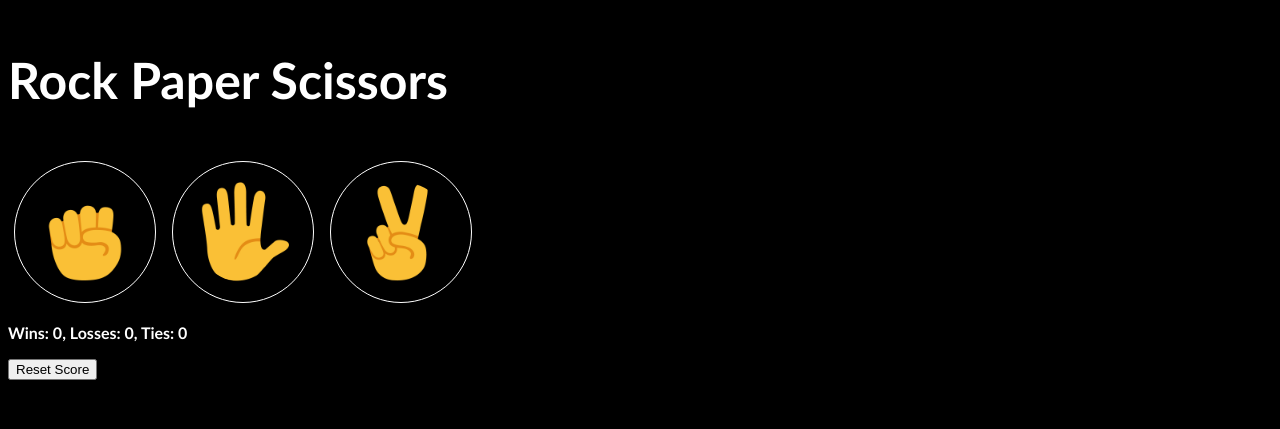
Repository: pgyunknown/Rock_paper_scissors-
Page: index.html
These files come from the project's save history. The page is drawn as it stood at one moment and after the next save; the edit follows.
The browser window is 1280 px wide. The pictures show the whole page.

Above is the page before, as saved 2024-08-30 17:14:32.

### index.html

<!DOCTYPE html>
<html>
  <head>
    <title>Rock Paper Scissors</title>
    <link rel="stylesheet" href="index.css">
  </head>
  <body>
    <p class="title">Rock Paper Scissors</p>
    <button onclick="
      playGame('rock');
    "class="emoji"><img src="images/rock-emoji.png" alt=""></button>

    <button onclick="
      playGame('paper');
    " class="emoji"><img src="images/paper-emoji.png" alt=""></button>

    <button onclick="
      playGame('scissors');
    " class="emoji"><img src="images/scissors-emoji.png" alt=""></button>
    <br>
    <p class="js-result result"></p>
    <p class="js-moves"></p>
    <p class="js-score score"></p>

    <button onclick="
      score.wins = 0;
      score.losses = 0;
      score.ties = 0;
      localStorage.removeItem('score');
      updateScoreElement();
    " class="reset-score-button">Reset Score</button>


    <script src="index.js">

    </script>
  </body>
</html>

### index.css
body{
  background-color: black;
  color: white;
  font-family: 'Gill Sans', 'Gill Sans MT', Calibri, 'Trebuchet MS', sans-serif;
  font-weight: bold;
}
.title{
  font-size: 50px;
  font-weight: bold;
}

button img{
  height: 100px;
  width: 100px;
  background-color: black;
  border: 1px solid white;
  border-radius: 100%;
  padding: 20px;
}
.emoji{
  background-color: black;
    border: none;
  /* border-radius: 70px;
  margin: 0px 10px 0px 10px; */
}

### index.js

let score = JSON.parse(localStorage.getItem('score')) || {
  wins: 0,
  losses: 0,
  ties: 0
};

updateScoreElement();

/*
if (!score) {
  score = {
    wins: 0,
    losses: 0,
    ties: 0
  };
}
*/

function playGame(playerMove) {
  const computerMove = pickComputerMove();

  let result = '';

  if (playerMove === 'scissors') {
    if (computerMove === 'rock') {
      result = 'You lose.';
    } else if (computerMove === 'paper') {
      result = 'You win.';
    } else if (computerMove === 'scissors') {
      result = 'Tie.';
    }

  } else if (playerMove === 'paper') {
    if (computerMove === 'rock') {
      result = 'You win.';
    } else if (computerMove === 'paper') {
      result = 'Tie.';
    } else if (computerMove === 'scissors') {
      result = 'You lose.';
    }

  } else if (playerMove === 'rock') {
    if (computerMove === 'rock') {
      result = 'Tie.';
    } else if (computerMove === 'paper') {
      result = 'You lose.';
    } else if (computerMove === 'scissors') {
      result = 'You win.';
    }
  }

  if (result === 'You win.') {
    score.wins += 1;
  } else if (result === 'You lose.') {
    score.losses += 1;
  } else if (result === 'Tie.') {
    score.ties += 1;
  }

  localStorage.setItem('score', JSON.stringify(score));

  updateScoreElement();

  document.querySelector('.js-result').innerHTML = result;

  document.querySelector('.js-moves').innerHTML = `You
<img src="images/${playerMove}-emoji.png" class="move-icon">
<img src="images/${computerMove}-emoji.png" class="move-icon">
Computer`;
}

function updateScoreElement() {
  document.querySelector('.js-score')
    .innerHTML = `Wins: ${score.wins}, Losses: ${score.losses}, Ties: ${score.ties}`;
}

function pickComputerMove() {
  const randomNumber = Math.random();

  let computerMove = '';

  if (randomNumber >= 0 && randomNumber < 1 / 3) {
    computerMove = 'rock';
  } else if (randomNumber >= 1 / 3 && randomNumber < 2 / 3) {
    computerMove = 'paper';
  } else if (randomNumber >= 2 / 3 && randomNumber < 1) {
    computerMove = 'scissors';
  }

  return computerMove;
}

After the next save:
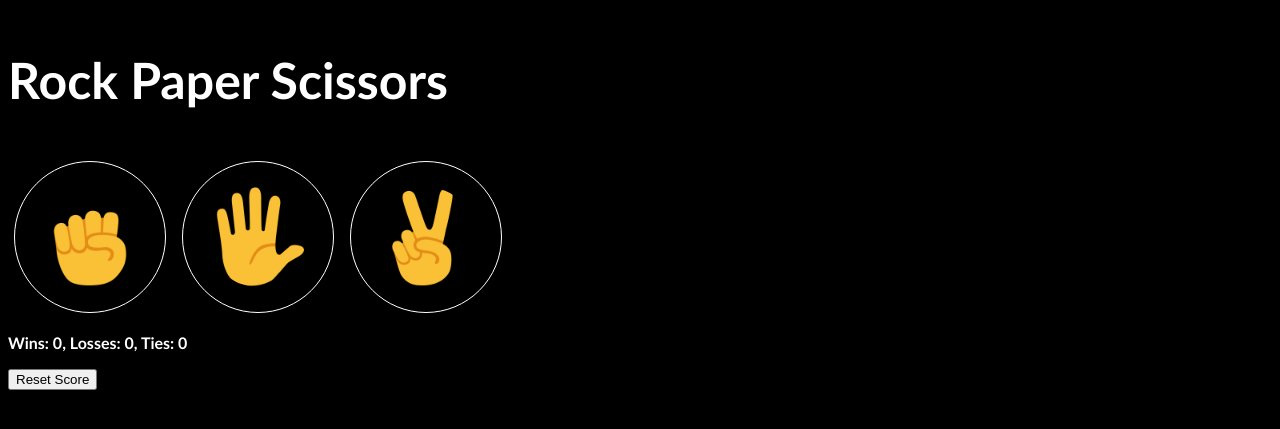
Saved 9 s later.
--- a/index.css
+++ b/index.css
@@ -15,7 +15,7 @@ button img{
   background-color: black;
   border: 1px solid white;
   border-radius: 100%;
-  padding: 20px;
+  padding: 25px;
 }
 .emoji{
   background-color: black;
